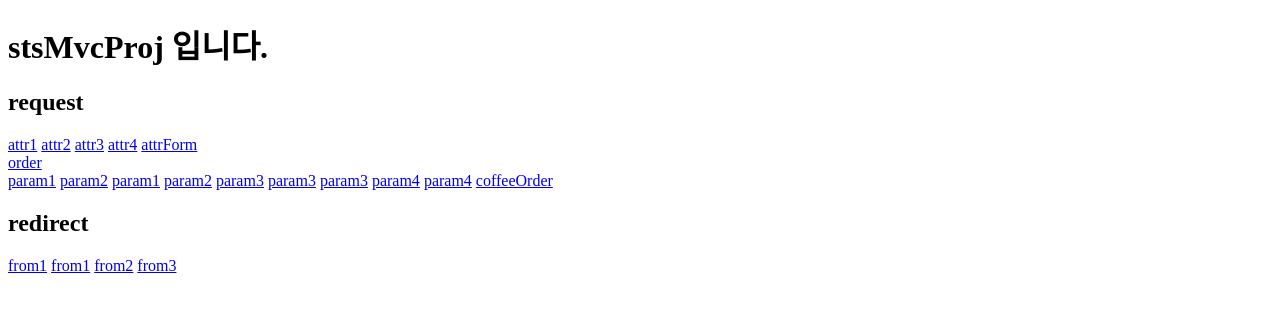
Repository: Yousehyeon/spring_work
Page: stsMvcProj/src/main/webapp/views/home.html
These files come from the project's save history. The page is drawn as it stood at one moment and after the next save; the edit follows.
The browser window is 1280 px wide. The pictures show the whole page.

Above is the page before, as saved 2023-08-21 03:50:50.

After the next save:
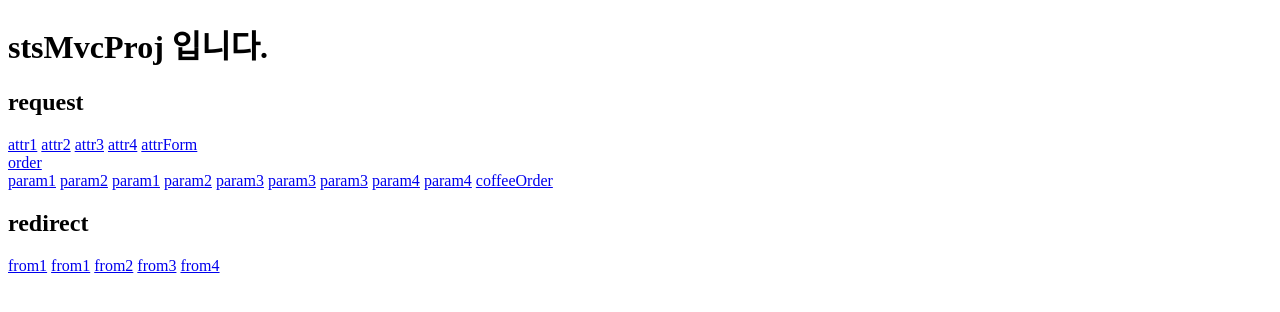
Saved 6 min 10 s later.
--- a/stsMvcProj/src/main/webapp/views/home.html
+++ b/stsMvcProj/src/main/webapp/views/home.html
@@ -30,5 +30,6 @@
 <a href="red/from1?id=aaa&age=44&marriage=true">from1</a>
 <a href="red/from2">from2</a>
 <a href="red/from3">from3</a>
+<a href="red/from4?id=aaa&age=44&marriage=true">from4</a>
 </body>
 </html>
